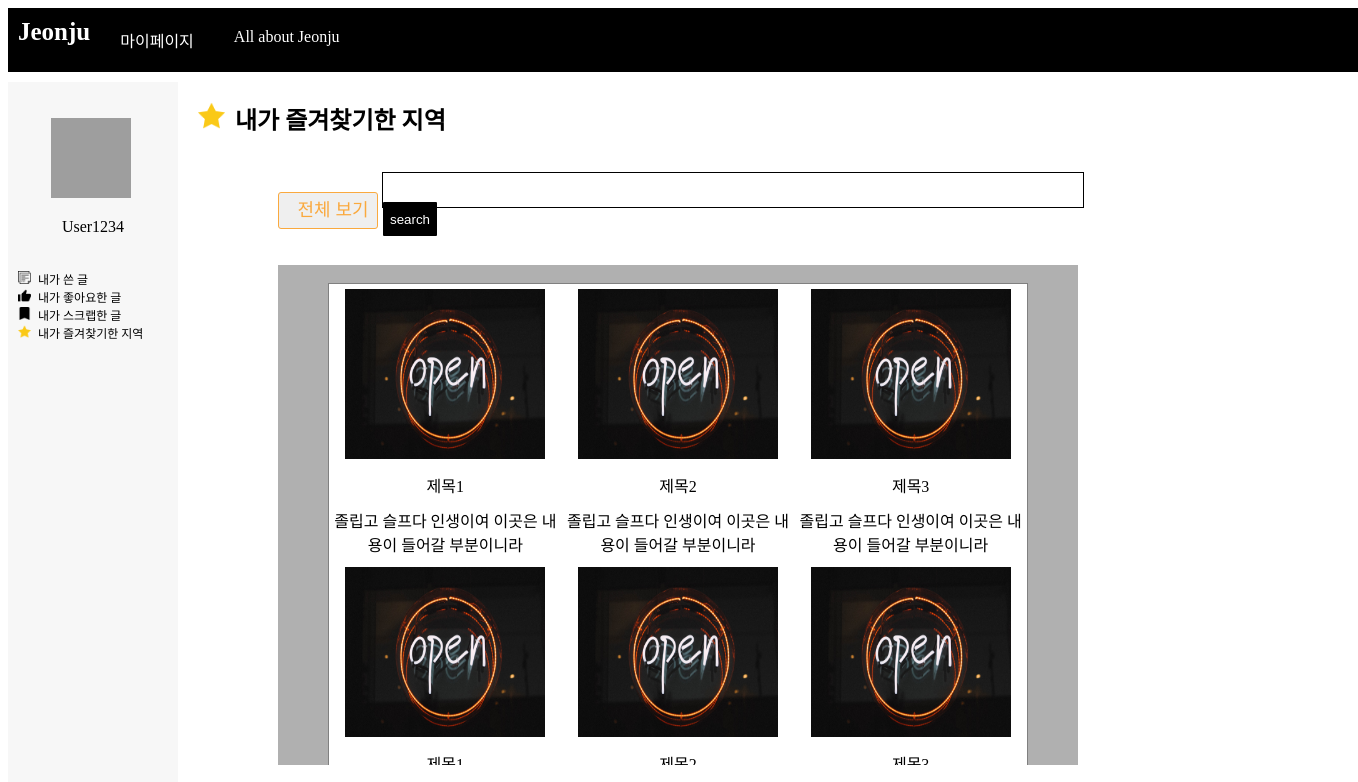
Repository: wka99/WEB-PROJECT
Page: Jeonju/WebContent/UserPage4.html
These files come from the project's save history. The page is drawn as it stood at one moment and after the next save; the edit follows.
The browser window is 1280 px wide. The page is 1358 px wide, so the pictures cover 1358 px, including what lies to the right of the window. The pictures show the whole page.
Pictures or frames that could not be fetched are drawn as grey boxes. An inner scrolling area shows only its first screen.

Above is the page before, as saved 2018-12-03 09:47:18.

After the next save:
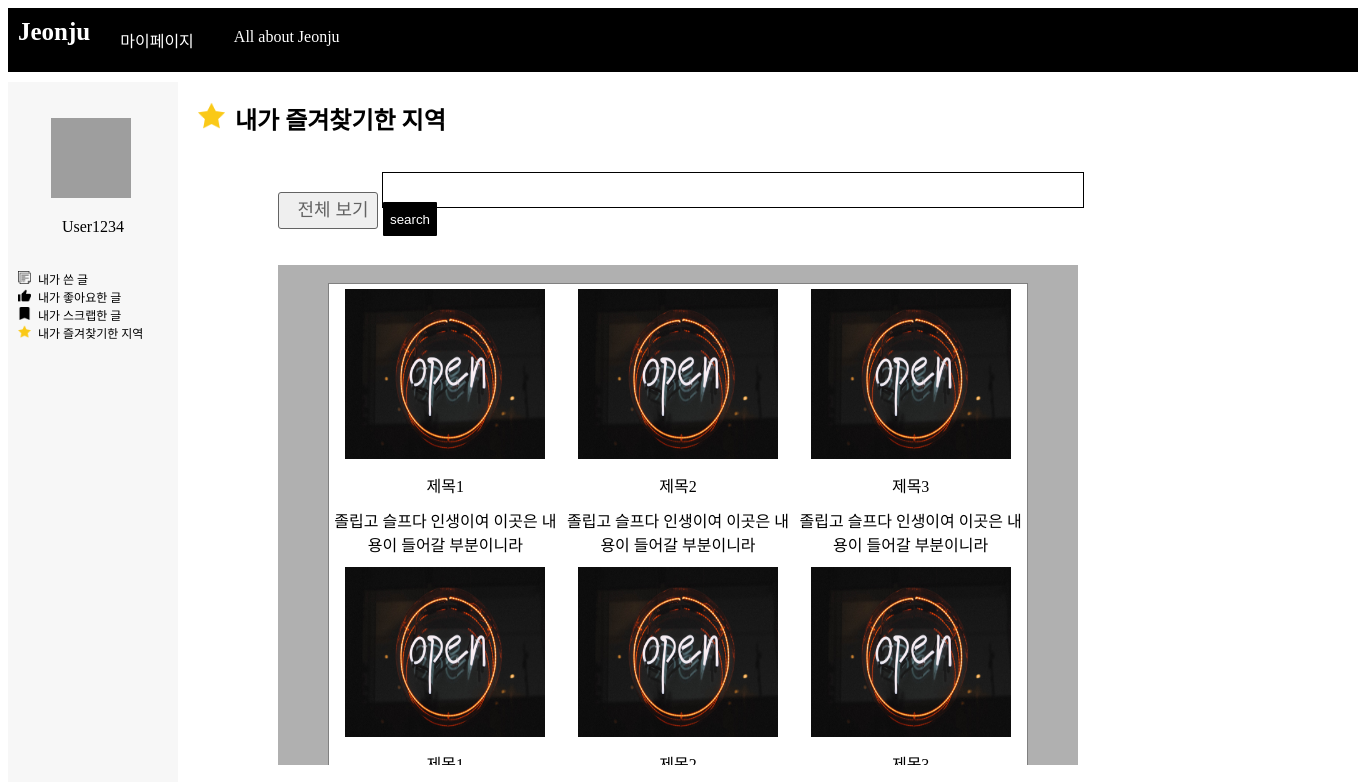
Saved 83 s later.
--- a/Jeonju/WebContent/NewFile.css
+++ b/Jeonju/WebContent/NewFile.css
@@ -166,8 +166,8 @@
 	    height: 37px;
 	    padding-left: 10px;
 	    font-size: 18px;
-	    color: #faa93e;
-	    border: 1px solid #faa93e;
+	    color:#636363;
+	    border: 1px solid #636363;
 	    border-radius: 3px;
 	    -webkit-appearance: none; /* 화살표 없애기 for chrome*/
 	   -moz-appearance: none;    /* 화살표 없애기 for firefox*/
